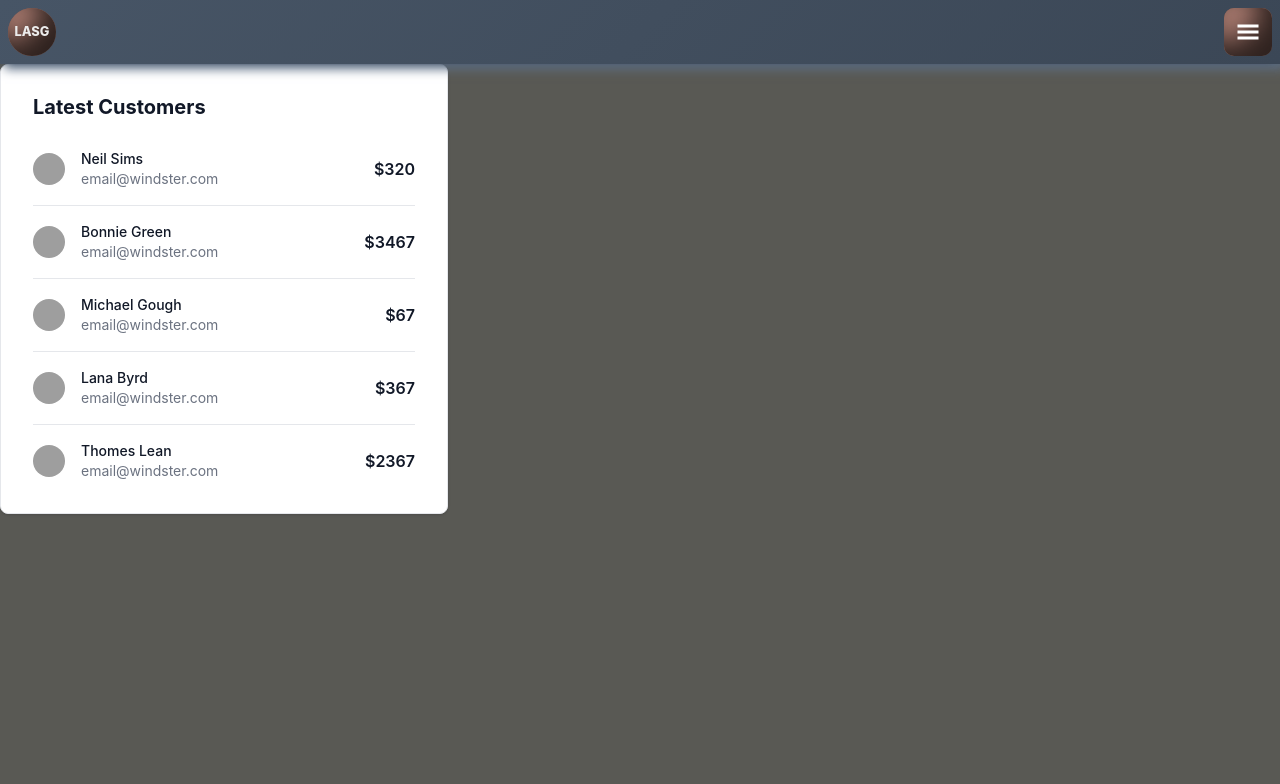
Repository: ShindanoSingi/LA-Swahili-Group
Page: /user (app in client/)
These files come from the project's save history. The page is drawn as it stood at one moment and after the next save; the edit follows.
The browser window is 1280 px wide. The pictures show the whole page.
Pictures or frames that could not be fetched are drawn as grey boxes. The project was rebuilt for these pictures with package versions that can differ from the ones it lists, and the page was loaded fresh each time. Also part of the build but not shown: client/src/pages/error/Error.css, client/src/pages/error/Error.js, client/src/pages/home/Home.js, client/src/pages/about/About.js, client/src/pages/contact/Contact.js, client/src/pages/login/Login.js.

Above is the page before, as saved 2024-02-07 23:28:29.

### client/src/index.js
import React from 'react';
import ReactDOM from 'react-dom/client';
import './index.css';
import App from './App';
import reportWebVitals from './reportWebVitals';
import { Provider } from "react-redux";
import store from './redux/store';
import { BrowserRouter } from 'react-router-dom';


const root = ReactDOM.createRoot(document.getElementById('root'));
root.render(
  <Provider store={store}>
    <BrowserRouter>
    <App />
    </BrowserRouter>
  </Provider>
);

// If you want to start measuring performance in your app, pass a function
// to log results (for example: reportWebVitals(console.log))
// or send to an analytics endpoint. Learn more: https://bit.ly/CRA-vitals
reportWebVitals();

### client/src/index.css
@tailwind base;
@tailwind components;
@tailwind utilities;

:root{
  --primary: #424F5F;
  --secondary: #F3F3F3;
  --tertiary: #F4A261;
  --quaternary: #2A9D8F;
  --quinary: #E9C46A;

}

body {
  margin: 0;
  font-family: -apple-system, BlinkMacSystemFont, 'Segoe UI', 'Roboto', 'Oxygen',
    'Ubuntu', 'Cantarell', 'Fira Sans', 'Droid Sans', 'Helvetica Neue',
    sans-serif;
  -webkit-font-smoothing: antialiased;
  -moz-osx-font-smoothing: grayscale;
}

.container{
  max-height: 100vh;
  background-color: var(--primary);
}

.container {
  display: flex;
  justify-content: center;
  align-items: center;
  height: 100vh;
}

.logo{
  height: 100dvh;
}

### client/src/App.js
import Header from "./components/header/Header";
import Error from "./pages/error/Error";
import Home from "./pages/home/Home";
import { Routes, Route, useNavigate } from "react-router-dom";
import About from "./pages/about/About";
import Contact from "./pages/contact/Contact";
import Login from "./pages/login/Login";
import UserDashBoard from "./pages/userDashBoard/UserDashBoard";
import { useEffect } from "react";


function App() {

      const navigate = useNavigate()

      const user = 'user';

      useEffect(() => {
            if (user === 'user') {
                  navigate('/user')
            }
      })

      return (
            <>
                  <Header />
                  <Routes>
                        <Route path="/" element={<Home />} />
                        <Route path="/about" element={<About />} />
                        <Route path="/contact" element={<Contact />} />
                        <Route path="/login" element={<Login />} />
                        <Route path="/user" element={<UserDashBoard/>} />
                        <Route
                              path="/:rest*"
                              element={
                                    <h1>
                                          <Error />
                                    </h1>
                              }
                        />
                  </Routes>
            </>
      );
}

export default App;

### client/src/redux/store.js
import { configureStore } from "@reduxjs/toolkit";

import userReducer from "./userSlice";

const store = configureStore({
    reducer: {
        userReducer,
    },
});

export default store;

### client/src/components/header/Header.js
import React, { useState } from "react";
import "./Header.css";
import { GiHamburgerMenu } from "react-icons/gi";
import { Link } from "react-router-dom";

function Header() {
      const [show, setShow] = useState(false);

      return (
            <div className="header fixed top-0 w-full flex items-center justify-between p-2">
                  <div className="w-12 h-12 rounded-full text-[0.8rem] logo-button flex font-extrabold text-[#EBEBEB] justify-center items-center">
                        LASG
                  </div>
                  <div className="hambourger h-12 w-12 flex items-center justify-center">
                        <GiHamburgerMenu
                              className="text-[#FFFFFF] text-2xl"
                              onClick={() => setShow(!show)}
                        />
                  </div>
                  {show && (
                        <ul className="flex flex-col items-center p-2 top-[4.2rem] right-2 menu text-[#FFFFFF] absolute">
                              <Link to="/" onClick={() => setShow(!show)}>
                                    <li className="menu-item">Home</li>
                              </Link>
                              <Link to="/about" onClick={() => setShow(!show)}>
                                    <li className="menu-item">About</li>
                              </Link>
                              <Link
                                    to="/contact"
                                    onClick={() => setShow(!show)}
                              >
                                    <li className="menu-item">Contact</li>
                              </Link>
                              <Link to="/login" onClick={() => setShow(!show)}>
                                    <li className="menu-item">Login</li>
                              </Link>
                        </ul>
                  )}
            </div>
      );
}

export default Header;

### client/src/pages/userDashBoard/UserDashBoard.js
import React from "react";

function UserDashBoard() {
      return (
            <div className="mt-[4rem] min-h-[100vh] bg-[#595954] text-[#FFFFFF]">
                  <div className="w-full max-w-md p-4 bg-white border border-gray-200 rounded-lg shadow sm:p-8 dark:bg-gray-800 dark:border-gray-700">
                        <div className="flex items-center justify-between mb-4">
                              <h5 className="text-xl font-bold leading-none text-gray-900 dark:text-white">
                                    Latest Customers
                              </h5>
                        </div>
                        <div className="flow-root">
                              <ul
                                    role="list"
                                    className="divide-y divide-gray-200 dark:divide-gray-700"
                              >
                                    <li className="py-3 sm:py-4">
                                          <div className="flex items-center">
                                                <div className="flex-shrink-0">
                                                      <img
                                                            className="w-8 h-8 rounded-full"
                                                            src="https://picsum.photos/200/300"
                                                            alt="Neil image"
                                                      />
                                                </div>
                                                <div className="flex-1 min-w-0 ms-4">
                                                      <p className="text-sm font-medium text-gray-900 truncate dark:text-white">
                                                            Neil Sims
                                                      </p>
                                                      <p className="text-sm text-gray-500 truncate dark:text-gray-400">
                                                            email@windster.com
                                                      </p>
                                                </div>
                                                <div className="inline-flex items-center text-base font-semibold text-gray-900 dark:text-white">
                                                      $320
                                                </div>
                                          </div>
                                    </li>
                                    <li className="py-3 sm:py-4">
                                          <div className="flex items-center ">
                                                <div className="flex-shrink-0">
                                                      <img
                                                            className="w-8 h-8 rounded-full"
                                                            src="https://picsum.photos/200/300"
                                                            alt="Bonnie image"
                                                      />
                                                </div>
                                                <div className="flex-1 min-w-0 ms-4">
                                                      <p className="text-sm font-medium text-gray-900 truncate dark:text-white">
                                                            Bonnie Green
                                                      </p>
                                                      <p className="text-sm text-gray-500 truncate dark:text-gray-400">
                                                            email@windster.com
                                                      </p>
                                                </div>
                                                <div className="inline-flex items-center text-base font-semibold text-gray-900 dark:text-white">
                                                      $3467
                                                </div>
                                          </div>
                                    </li>
                                    <li className="py-3 sm:py-4">
                                          <div className="flex items-center">
                                                <div className="flex-shrink-0">
                                                      <img
                                                            className="w-8 h-8 rounded-full"
                                                            src="https://picsum.photos/200/300"
                                                            alt="Michael image"
                                                      />
                                                </div>
                                                <div className="flex-1 min-w-0 ms-4">
                                                      <p className="text-sm font-medium text-gray-900 truncate dark:text-white">
                                                            Michael Gough
                                                      </p>
                                                      <p className="text-sm text-gray-500 truncate dark:text-gray-400">
                                                            email@windster.com
                                                      </p>
                                                </div>
                                                <div className="inline-flex items-center text-base font-semibold text-gray-900 dark:text-white">
                                                      $67
                                                </div>
                                          </div>
                                    </li>
                                    <li className="py-3 sm:py-4">
                                          <div className="flex items-center ">
                                                <div className="flex-shrink-0">
                                                      <img
                                                            className="w-8 h-8 rounded-full"
                                                            src="https://picsum.photos/200/300"
                                                            alt="Lana image"
                                                      />
                                                </div>
                                                <div className="flex-1 min-w-0 ms-4">
                                                      <p className="text-sm font-medium text-gray-900 truncate dark:text-white">
                                                            Lana Byrd
                                                      </p>
                                                      <p className="text-sm text-gray-500 truncate dark:text-gray-400">
                                                            email@windster.com
                                                      </p>
                                                </div>
                                                <div className="inline-flex items-center text-base font-semibold text-gray-900 dark:text-white">
                                                      $367
                                                </div>
                                          </div>
                                    </li>
                                    <li className="pt-3 pb-0 sm:pt-4">
                                          <div className="flex items-center ">
                                                <div className="flex-shrink-0">
                                                      <img
                                                            className="w-8 h-8 rounded-full"
                                                            src="https://picsum.photos/200/300"
                                                            alt="Thomas image"
                                                      />
                                                </div>
                                                <div className="flex-1 min-w-0 ms-4">
                                                      <p className="text-sm font-medium text-gray-900 truncate dark:text-white">
                                                            Thomes Lean
                                                      </p>
                                                      <p className="text-sm text-gray-500 truncate dark:text-gray-400">
                                                            email@windster.com
                                                      </p>
                                                </div>
                                                <div className="inline-flex items-center text-base font-semibold text-gray-900 dark:text-white">
                                                      $2367
                                                </div>
                                          </div>
                                    </li>
                              </ul>
                        </div>
                  </div>
            </div>
      );
}

export default UserDashBoard;

### client/src/redux/userSlice.js
import {createSlice} from '@reduxjs/toolkit';

const userSlice = createSlice({
    name: 'user',
    initialState: {
        user: null,
    },
    reducers: {
        setUser: (state, action) => {
            state.user = action.payload;
        },
    },
});

export const {setUser} = userSlice.actions;
export default userSlice.reducer;

### client/src/components/header/Header.css
.header {
    border-radius: 0px;
background: linear-gradient(315deg, #3b4756, #475566);
box-shadow:  -5px -5px 10px #262e37,
             5px 5px 10px #5e7087;
}

.logo-button {
    border-radius: 50%;
    background: #6E5049;
    box-shadow: inset -14px -14px 27px #2d211e, inset 14px 14px 27px #af7f74;
}

.hambourger {
    border-radius: 10px;
    background: #6E5049;
    box-shadow: inset -14px -14px 27px #2d211e, inset 14px 14px 27px #af7f74;
}

.menu {
    border-radius: 9px;
    background: #3E5F75;
    box-shadow: inset -5px -5px 10px #38556c, inset 5px 5px 10px #5885a8;
    padding: 0.5rem;
}

.menu-item{
    border-radius: 7px;
background: #486D8A;
box-shadow: inset -15px -15px 13px #2a3f50,
            inset 15px 15px 13px #669bc4;
            width: 5rem;
            text-align: center;
            margin: 0.2rem;
            padding: 0.2rem 0.5rem;
}

Loaded but not shown: client/public/index.html (common file); client/src/reportWebVitals.js (common file); client/tailwind.config.js (common file)

After the next save:
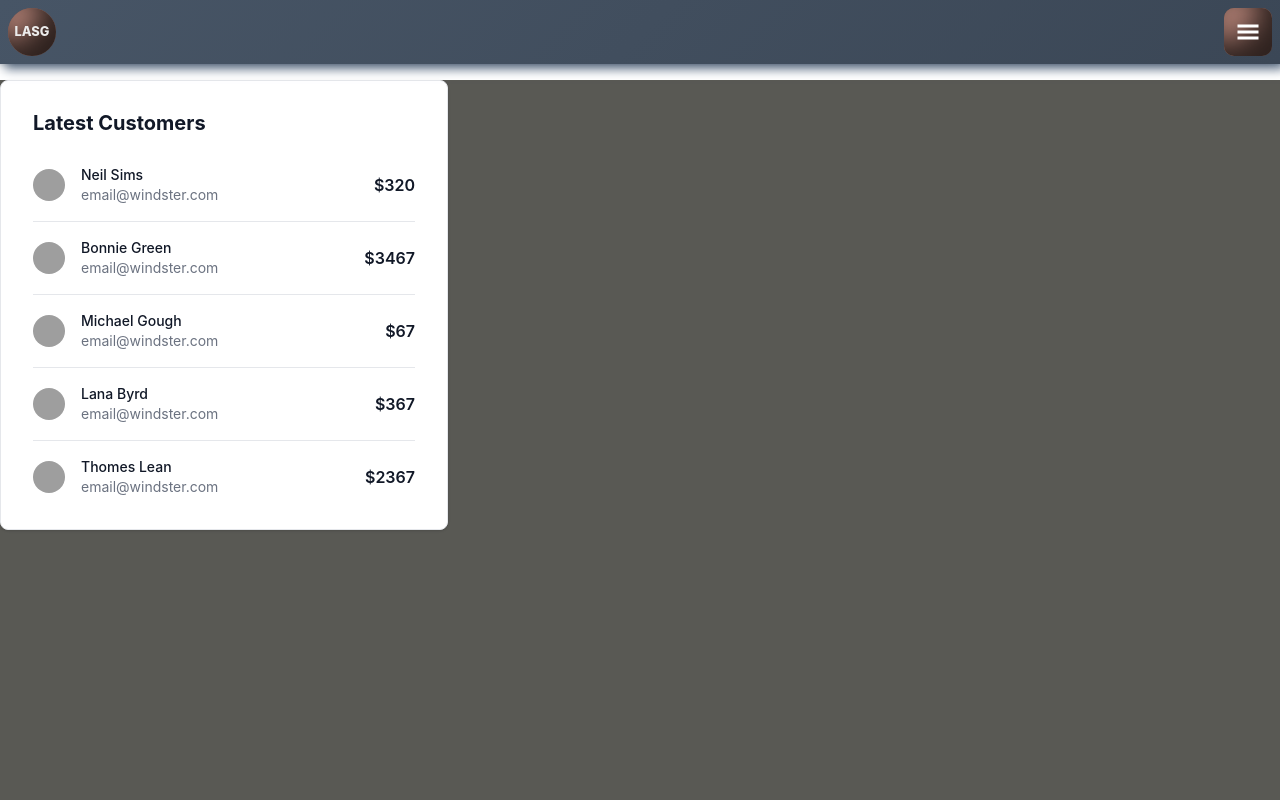
Saved 10 s later.
--- a/client/src/pages/userDashBoard/UserDashBoard.js
+++ b/client/src/pages/userDashBoard/UserDashBoard.js
@@ -2,7 +2,7 @@
 
 function UserDashBoard() {
       return (
-            <div className="mt-[4rem] min-h-[100vh] bg-[#595954] text-[#FFFFFF]">
+            <div className="mt-[5rem] min-h-[100vh] bg-[#595954] text-[#FFFFFF]">
                   <div className="w-full max-w-md p-4 bg-white border border-gray-200 rounded-lg shadow sm:p-8 dark:bg-gray-800 dark:border-gray-700">
                         <div className="flex items-center justify-between mb-4">
                               <h5 className="text-xl font-bold leading-none text-gray-900 dark:text-white">

After the save that followed:
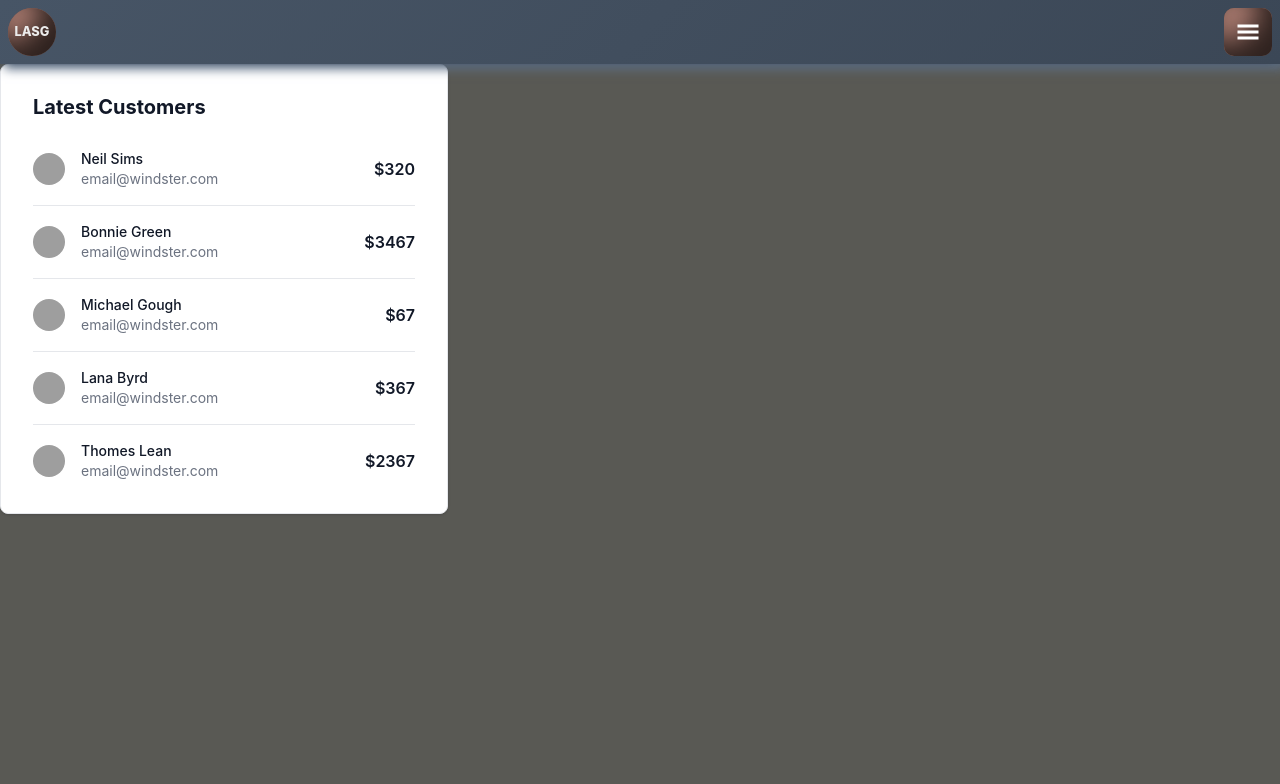
Saved 10 s later.
--- a/client/src/pages/userDashBoard/UserDashBoard.js
+++ b/client/src/pages/userDashBoard/UserDashBoard.js
@@ -2,7 +2,7 @@
 
 function UserDashBoard() {
       return (
-            <div className="mt-[5rem] min-h-[100vh] bg-[#595954] text-[#FFFFFF]">
+            <div className="mt-[4rem] min-h-[100vh] bg-[#595954] text-[#FFFFFF]">
                   <div className="w-full max-w-md p-4 bg-white border border-gray-200 rounded-lg shadow sm:p-8 dark:bg-gray-800 dark:border-gray-700">
                         <div className="flex items-center justify-between mb-4">
                               <h5 className="text-xl font-bold leading-none text-gray-900 dark:text-white">
